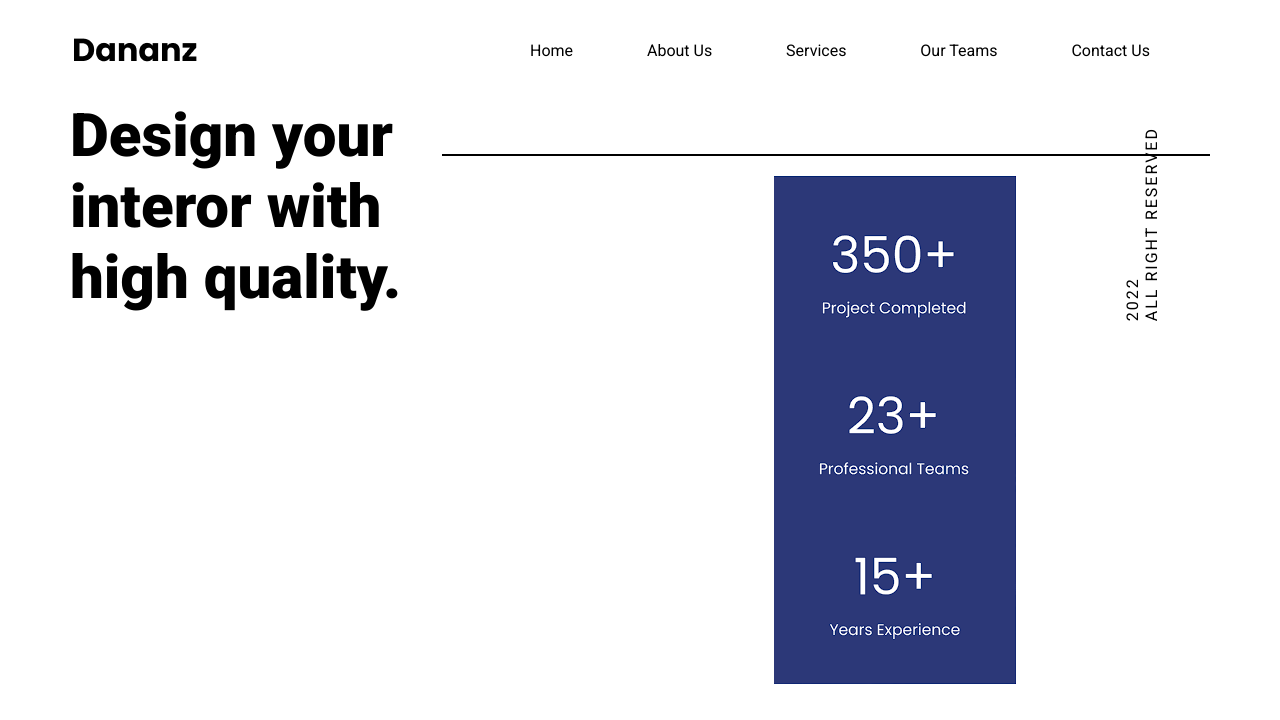
Repository: AsadKasimov/disain
Page: index.html
The author's editor kept a copy of each file at every save. The page is drawn from the files as they stood at one save, then again after the next save.
The browser window is 1280 px wide. The pictures show the whole page.

Above is the page before, as saved 2023-04-20 12:51:02.

After the next save:
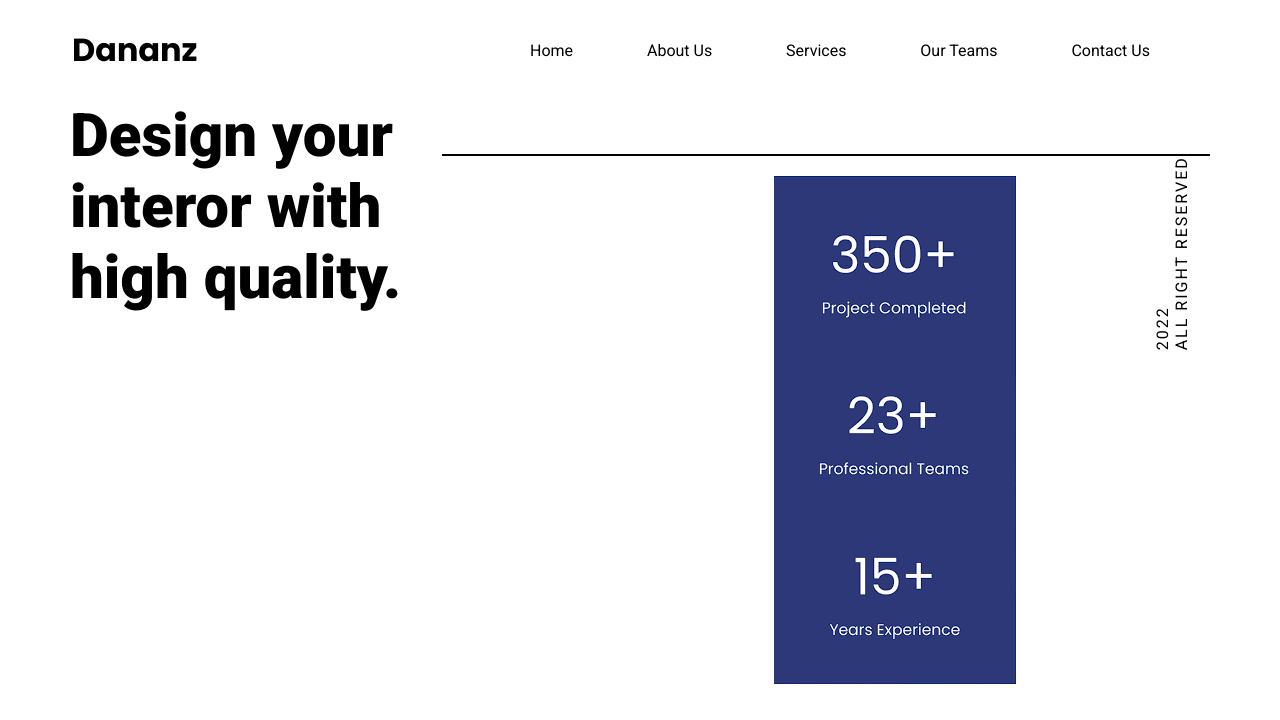
Saved 7 s later.
--- a/style.css
+++ b/style.css
@@ -152,7 +152,7 @@ hr.text-line-l{
 }
 
 .img-t p{
-  padding-top: 30%;
+  padding-top: 60%;
   text-transform: uppercase;
   letter-spacing: 2px;
   transform: rotate(-90deg);
